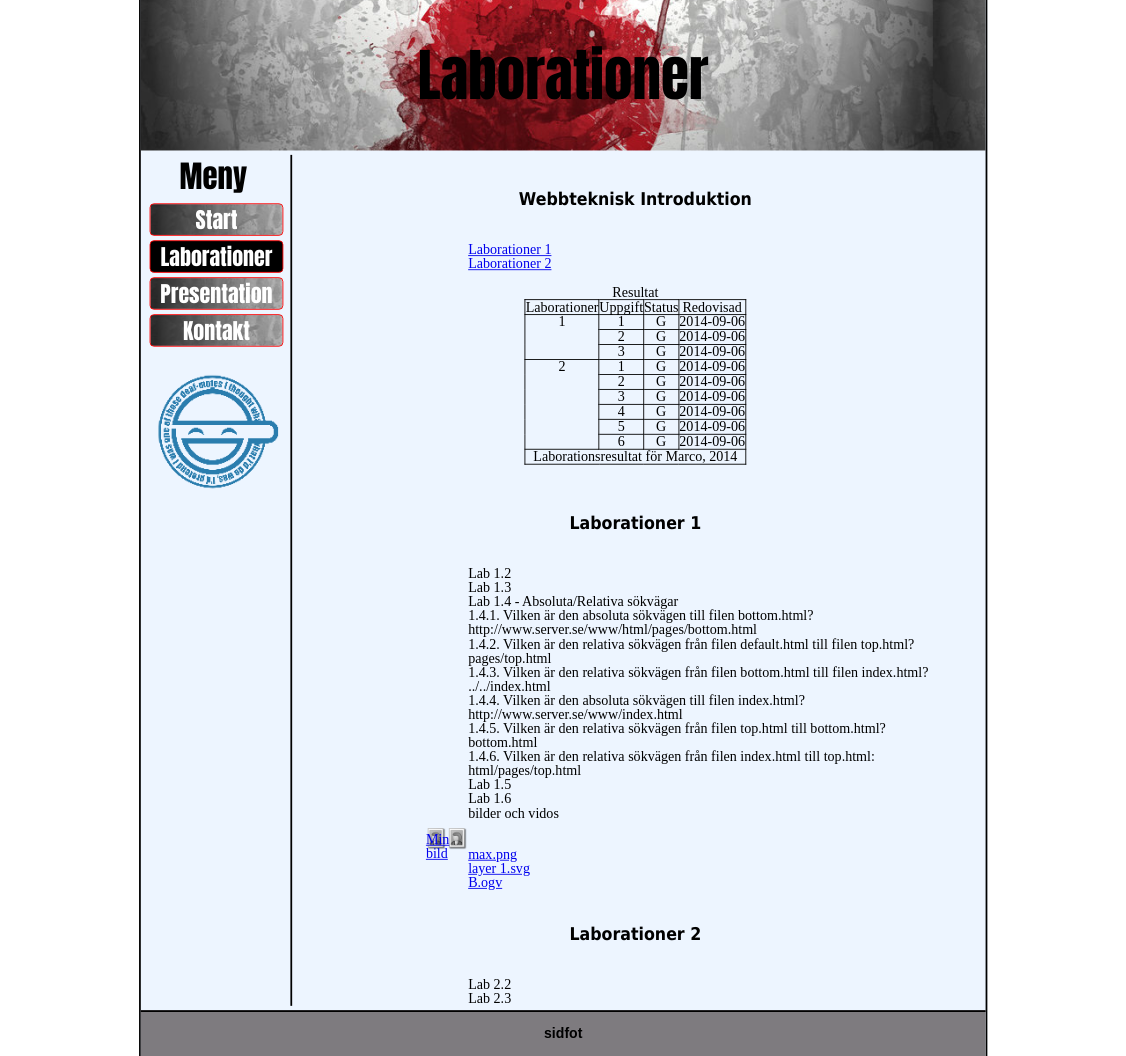
Repository: Marco30/1ik415-laborationer
Page: pages/Laborationer.html
The author's editor kept a record of every edit. The page is drawn from the files as they stood at one moment, then again after the next edit.
The browser window is 1280 px wide. The pictures show the whole page, at 88% of full size.
The pointer rests on the first visible `#blogg #b`.

Above is the page before.

### pages/Laborationer.html
<!DOCTYPE html>

<html lang="sv">

<head>

	<meta charset="UTF-8"/>

	<title>Laborationer</title>

	<link href="../CSS/style.css" rel="stylesheet" type="text/css">

</head>

<body>

<div id="inramning">

	<div id="sidhuvud">

	<h1>Laborationer</h1>

	</div>

	<div id="menyruta">

        <div id="meny">

	<h4>Meny</h4>

	<ul>

		<li> <a href="../index.html">Start</a> </li>

		<li> <a href="Laborationer.html" id="active">Laborationer </a> </li>

		<li> <a href="presentation.html">Presentation</a> </li>

		<li> <a href="kontakt.html">Kontakt</a> </li>

	</ul>

	</div>

	</div>

	<div id="blogg">

	<h4>Webbteknisk Introduktion</h4>

 	<ul class="lablista"> <!--oordnad lista, punkt lista -->

		<li>

		<a href="#L1"> Laborationer 1 </a>

		</li>

		<li>

		<a href="#L2"> Laborationer 2 </a>

		</li>

  	</ul>
  	<br/>

	<table border="1"> <!--skapar en tabel-->

	<caption><h3>Resultat</h3></caption><!--tabel namn-->

		<thead><!--huvud delen i tabellen-->


			<tr> <!--skapar en horisontell linje tabellen-->

				<th>Laborationer</th> <!-- skapar en cell inom den horisontella linjen -->

				<th>Uppgift</th>

				<th>Status</th>

				<th>Redovisad</th>

			</tr>


		</thead>


		<tfoot><!--fot delen i tabellen -->

			<tr>
				<td colspan="4">Laborationsresultat för Marco, 2014</td>
			</tr>

		</tfoot>


		<tbody><!--kropp delen  i tabellen -->

			<tr>

				<td rowspan="3">1</td>

				<td>1</td> <!-- skapar en cell inom den horisontell linjen -->

				<td>G</td>

				<td>2014-09-06</td>

			</tr>

			<tr>

				<td>2</td>

				<td>G</td>

				<td>2014-09-06</td>

			</tr>

			<tr>

				<td>3</td>

				<td>G</td>

				<td>2014-09-06</td>

			</tr>

			<tr>

				<td rowspan="6">2</td>

				<td>1</td>

				<td>G</td>

				<td>2014-09-06</td>

			</tr>

			<tr>

				<td>2</td>

				<td>G</td>

				<td>2014-09-06</td>

			</tr>

			<tr>

				<td>3</td>

				<td>G</td>

				<td>2014-09-06</td>

			</tr>

			<tr>

				<td>4</td>

				<td>G</td>

				<td>2014-09-06</td>

			</tr>

			<tr>

				<td>5</td>

				<td>G</td>

				<td>2014-09-06</td>

			</tr>

			<tr>

				<td>6</td>

				<td>G</td>

				<td>2014-09-06</td>

			</tr>

		</tbody>


	</table>

	<br/>

	<a id=L1!><h4>Laborationer 1</h4></a>

  	<ol class="lablista"><!-- ordnad lista visar allt med siffror -->

 		<li>Lab 1.2</li>

   		<li>Lab 1.3</li>

   		<li>Lab 1.4 - Absoluta/Relativa sökvägar</li>

    	</ol>

	<dl class="lablista"> <!--beskrivnings lista, text lista utan numrera eller punkter      -->

   		<dt>1.4.1. Vilken är den absoluta sökvägen till filen bottom.html?</dt>
		<dd>http://www.server.se/www/html/pages/bottom.html</dd>

 		<dt>1.4.2. Vilken är den relativa sökvägen från filen default.html till filen top.html?</dt>
		<dd>pages/top.html</dd>

		<dt>1.4.3. Vilken är den relativa sökvägen från filen bottom.html till filen index.html?</dt>
		<dd>../../index.html</dd>

		<dt>1.4.4. Vilken är den absoluta sökvägen till filen index.html? </dt>
		<dd>http://www.server.se/www/index.html</dd>

		<dt>1.4.5. Vilken är den relativa sökvägen från filen top.html till bottom.html?</dt>
		<dd>bottom.html</dd>

		<dt>1.4.6. Vilken är den relativa sökvägen från filen index.html till top.html:</dt>
		<dd>html/pages/top.html</dd>

  	</dl>

  	<ol class="lablista">

    		<li>Lab 1.5</li>

    		<li>Lab 1.6</li>

    	</ol>

     	<dl class="lablista" >

   		<dt> bilder och vidos </dt>

   		<dd>

   	<a href="presentation.html#jag" id="b">Min bild</a>

    		<br/>

    		<a href="../pics/Max.png">max.png</a>

    		<br/>

    		<a href="../index.html#labyrint">layer 1.svg</a>

    		<br/>

    		<a href="../index.html#vid">B.ogv</a>

    		</dd>


	</dl>


 	<a id=L2><h4>Laborationer 2</h4></a>

 	<ol class="lablista">

  		<li>Lab 2.2</li>

 		<li>Lab 2.3</li>

  	</ol>

	</div>

	<div id="sidfot">

	<p>
	sidfot
	</p>

	</div>

</div>

</body>

</html>

### CSS/style.css
 /* http://meyerweb.com/eric/tools/css/reset/
   v2.0 | 20110126
   License: none (public domain)
*/

html, body, div, span, applet, object, iframe,
h1, h2, h3, h4, h5, h6, p, blockquote, pre,
a, abbr, acronym, address, big, cite, code,
del, dfn, em, img, ins, kbd, q, s, samp,
small, strike, strong, sub, sup, tt, var,
b, u, i, center,
dl, dt, dd, ol, ul, li,
fieldset, form, label, legend,
table, caption, tbody, tfoot, thead, tr, th, td,
article, aside, canvas, details, embed,
figure, figcaption, footer, header, hgroup,
menu, nav, output, ruby, section, summary,
time, mark, audio, video {
    margin: 0;
    padding: 0;
    border: 0;
    font-size: 100%;
    font: inherit;
    vertical-align: baseline;
}
/* HTML5 display-role reset for older browsers */
article, aside, details, figcaption, figure,
footer, header, hgroup, menu, nav, section {
    display: block;
}
body {
    line-height: 1;
}
ol, ul {
    list-style: none;
}
blockquote, q {
    quotes: none;
}
blockquote:before, blockquote:after,
q:before, q:after {
    content: '';
    content: none;
}
table {
    border-collapse: collapse;
    border-spacing: 0;
}


#inramning
{
         width:960px;
        margin:0 auto;
        background-color: #EDF5FF;
        border-left: 2px solid black;
        border-right: 2px solid black;
}


#sidhuvud /* skappar rammen längs upp, den som har sidans namn */
{

        background-image: url(pics/Max.png);
        height:171px;

}

#sidhuvud H1 /* ger H1 följande egenskaper som  alltid är bundna till sidhuvud div */
{
        font-weight: bold;
        line-height:171px;
        text-align:center;
        font-family: Impact, Charcoal, sans-serif;
        font-size: 65px;
        color:black;
}


#menyruta /* skappar rutan som menyn finns i och har alla des egenskaper som färg, bred, position m.m.*/
{
        float: left;
        width: 155px;
        height: 600px;
        margin: 5px;
        font-family: Impact, Charcoal, sans-serif;
        background-image: url(pics/fun1.png);
        background-repeat: no-repeat;
        background-position:15px 250px;


}

#menyruta H4 /* ger H1 följande egenskaper som alltid är bundna till menyruta div */
{
        line-height:50px;
        font-weight: bold;
        text-align:center;
        font-size: 35px;
}

#meny /* centerar all text i meny div*/
{
        text-align: center;

}


#meny li /* ger li följande egenskaper som alltid är bundna till meny div */
{
        margin: 5px;
        padding: 0;
        list-style: none;
}

#meny li a /* ger li a följande egenskaper som alltid är bundna till meny div */
{
        display: block;
        width: 130px;
        margin: 0;
        padding: 5px 10px 5px 10px;
        text-decoration: none;
        font-family: Impact, Charcoal, sans-serif;
        font-size: 25px;
        color: white;
        border-radius: 5px;
        border: 1px solid red;
       background: url('pics/Max.png');

}

#meny li a:hover /* ger li A följande egenskaper när mus pekaren svävar över den */
{
        padding: 5px 12px;
        color: white;
}

#meny #active /* visar vilken sida man är på i menyn genom att göra den lenken svart*/
{
        background: black;
}


#blogg
{
        float: left;
        width: 780px;
        border-left: 2px solid black;
        margin: 5px;
        text-align:center;
}

#blogg table, th, td
{
        margin-left:auto;
        margin-right:auto;
        border: 1px solid black;
}


#blogg H2
{
        font-family: Tahoma, Geneva, sans-serif;
        font-weight: bold;
        text-align:center;
        font-size: 40px;
}

#blogg H4
{
        line-height:100px;
        font-family: Tahoma, Geneva, sans-serif;
        font-weight: bold;
        text-align:center;
        font-size: 20px;
}

#blogg form
{
        text-align: left;
        background: none repeat scroll 0% 0% #CCC;
        border: 1px solid rgb(170, 57, 57);
        padding-left: 100px;
        color: rgb(170, 57, 57);
        font-size: 18px;
        font-weight: bold;
        font-family: Tahoma,Geneva,sans-serif;
        margin: 20px 50px 20px 90px;
}

#blogg form H4
{
        line-height:100px;
        font-family: Tahoma, Geneva, sans-serif;
        font-weight: bold;
        text-align:center;
        font-size: 30px;
}

#blogg input
{
        color: rgb(170, 57, 57);
        padding: 10px;
        font-family: Tahoma,Geneva,sans-serif;
        font-size: 16px;
        margin-bottom: 15px;
        margin-top: 10px;
        background-color: rgba(255, 255, 255, 0.4);
        border: 5px solid rgb(170, 57, 57);
}

#blogg select
{
        border: 5px solid #AA3939;
        padding: 10px;
        font-family: Keffeesatz,Arial;
        font-size: 14px;
        margin-bottom: 15px;
        margin-top: 10px;
        background-color: rgba(255, 255, 255, 0.4);
        color: #AA3939;
}


#blogg textarea
{
        color: #AA3939;
        background-color: rgba(255, 255, 255, 0.4);
        padding: 10px;
        font-family: Keffeesatz,Arial;
        margin-top: 10px;
        width: 450px;
        margin-bottom: 15px;
        font-size: 16px;
        border: 5px solid #AA3939;
}



#blogg P
{
        padding-left: 5%;
        font-family: ‘Lucida Sans Unicode’, ‘Lucida Grande’, sans-serif;
        font-weight: bold;
        text-align:left;
}

#sidfot
{
        clear: left;
        width: 960px;
        height: 50px;
        background-color: #7E7B7F;
        border-top: 2px solid black;

}

#sidfot P
{
        line-height:50px;
        text-align:center;
        font-family: ‘Lucida Sans Unicode’, ‘Lucida Grande’, sans-serif;
        font-weight: bold;


}


 .right /*class som   placerar objekt till höger*/
{
        float:right;
        margin: 0 0 20px 20px;
}

 .left /*class som   placerar objekt till vänster*/
{
        float:left;
        margin: 20px 520px 20px 20px;
}

.lenk /*class som   placerar objekt till vänster*/
{
        float: left;
        margin: 17px 676px 36px 155px;
        text-decoration: none;
        font-family: Verdana;
        font-size: 14px;
}

#blogg #sprite {
        width: 24px;
        height: 24px;
        background: url(pics/sprite.png) 24px -144px;
}

#blogg #sprite:hover{
        width: 24px;
        height: 24px;
        background: url(pics/sprite.png) 24px -96px;

}

#blogg #b {

  width: 24px;
  height: 24px;
   background: url('pics/sprite.png') 24px -192px;
 text-align: center;
padding: 5px 24px 3px 0px;
display: block;
width: 147px;
margin: 9px 0px -26px -48px;
background-repeat: no-repeat;

}

#blogg #b:hover{
  background: url('pics/sprite.png') 24px -240px;
  width: 24px;
  height: 24px;


}


.lablista
{
        padding-left: 200px;
        text-align:left;
        padding: 5;
}


        /* CSS för utrskrift startar här ifrån */

@media print {


        /* tar bort element som man inte vill ha i utskriften */


        #menyruta, #sidfot
        {
                display: none;
                border: 0;

        }

        #inramning
        {
                background-color:none;
                border-left: none;
                border-right: none;
        }


        #blogg
        {
                border: none;
        }

        img {
                display: none;
        }


        /* gör så att man får färg på lenkar i utskriften */
        #blogg a:link, a:visited
        {
                color: #781351;
        }

        /*visar hela adressen på en lenk bredvid namnet*/
        #blogg a:after
        {
                content: " (" attr(href) ")";
                font-size: 14px 0px;
        }



}

After the next edit:
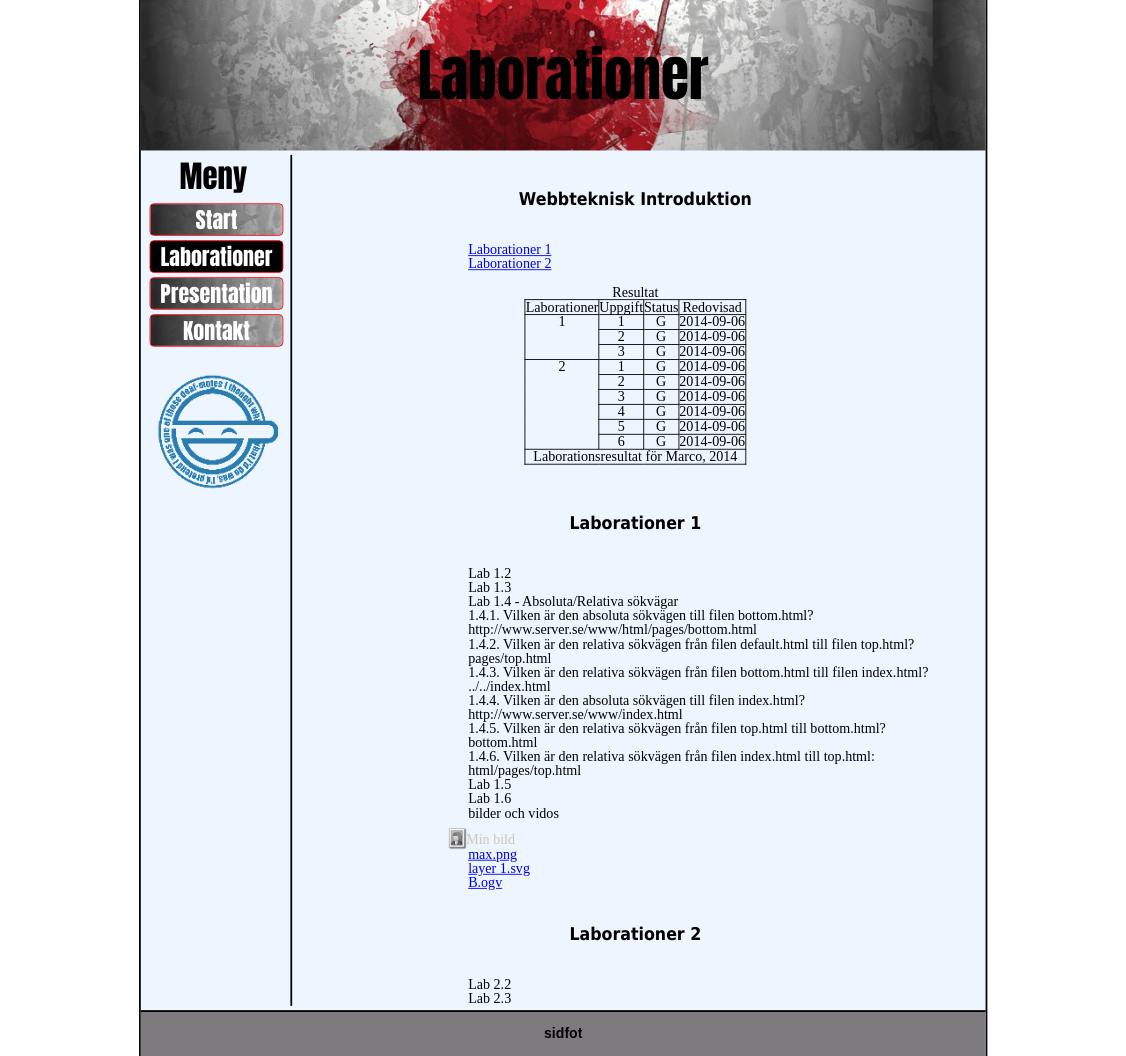
The edit:
--- a/CSS/style.css
+++ b/CSS/style.css
@@ -318,7 +318,14 @@
   background: url('pics/sprite.png') 24px -240px;
   width: 24px;
   height: 24px;
-
+  text-align: center;
+padding: 5px 24px 3px 0px;
+display: block;
+width: 147px;
+margin: 9px 0px -26px -48px;
+background-repeat: no-repeat;
+color: #ccc8b8;
+text-decoration: none;
 
 }
 
